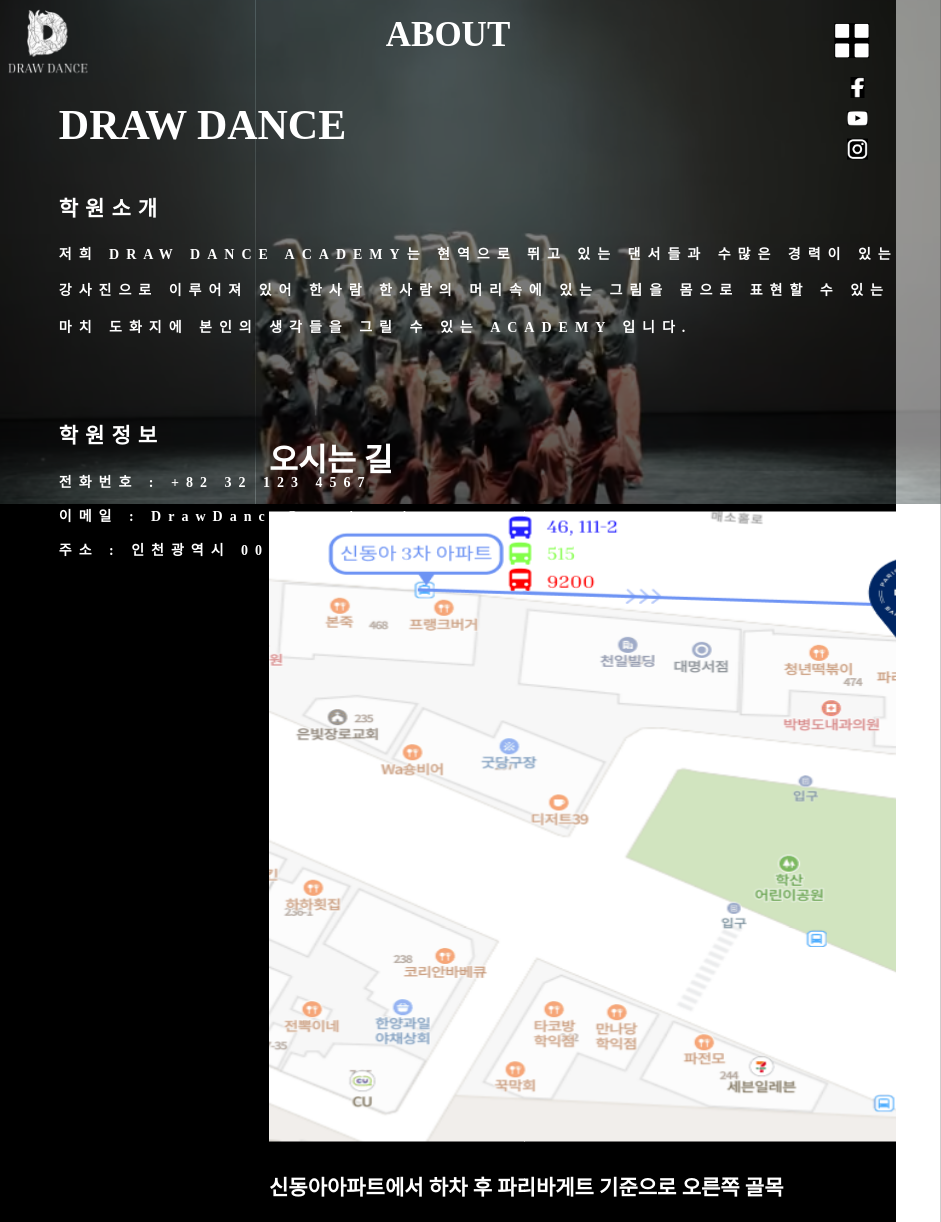
Repository: seonghun9906/semiProject
Page: http://localhost/drawAcademy/WEB-INF/views/headerMenu/about.jsp
An editor plug-in stored every save of this project. The page is shown before and after the next save, followed by the edit.
The browser window is 1280 px wide. The page is 1344 px wide, so the pictures cover 1344 px, including what lies to the right of the window. The pictures show the whole page, at 70% of full size.
The page is served by Tomcat 9. Nobody is signed in. The template is opened directly, without the code that normally fills it, so the values that code supplies are empty.

Above is the page before, as saved 2024-02-28 06:56:31.

After the next save:
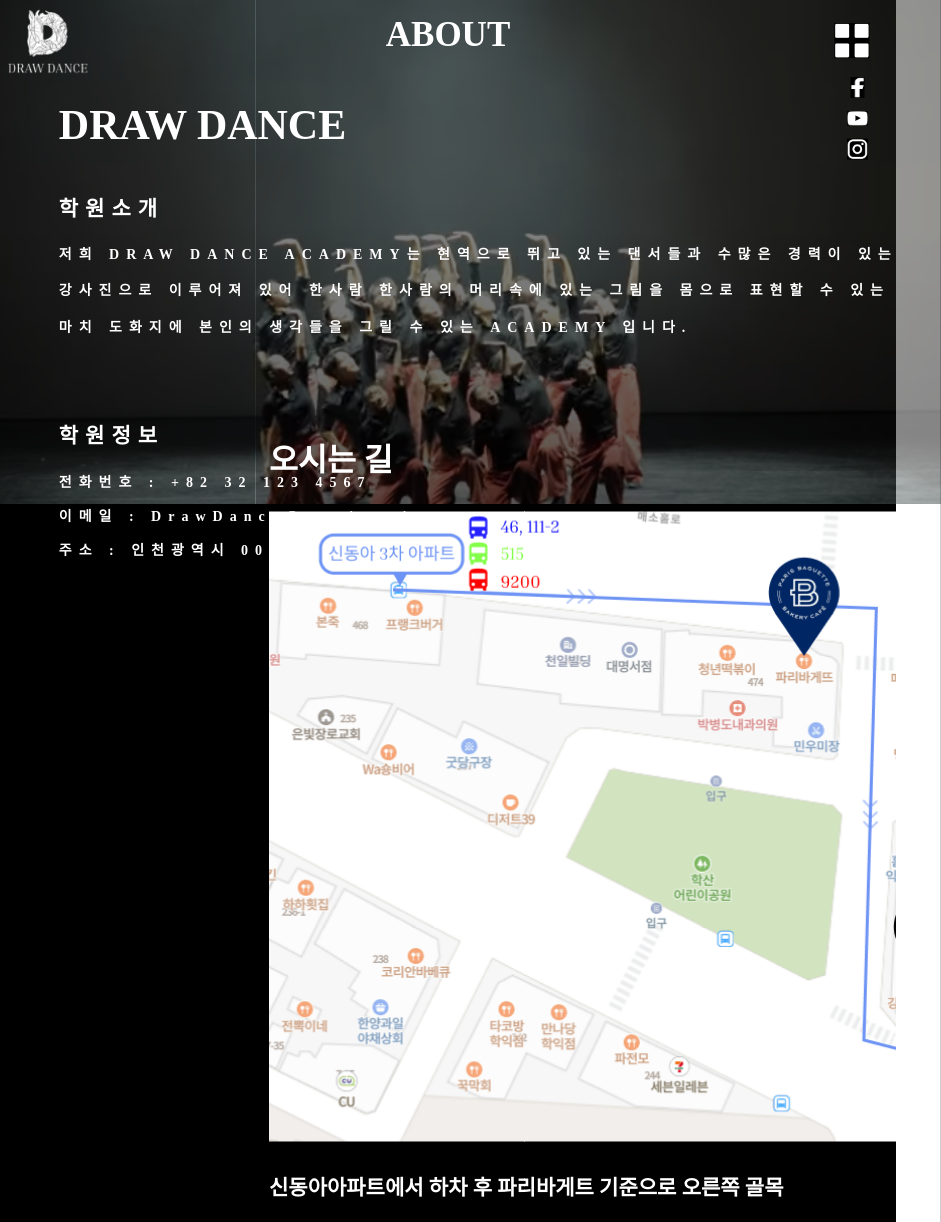
Saved 11 s later.
--- a/drawAcademy/src/main/webapp/resources/css/about.css
+++ b/drawAcademy/src/main/webapp/resources/css/about.css
@@ -9,7 +9,7 @@
 }
 
 .map{
-	width: 1500px;
+	width: 1250px;
 	height: 900px;
 
 }
